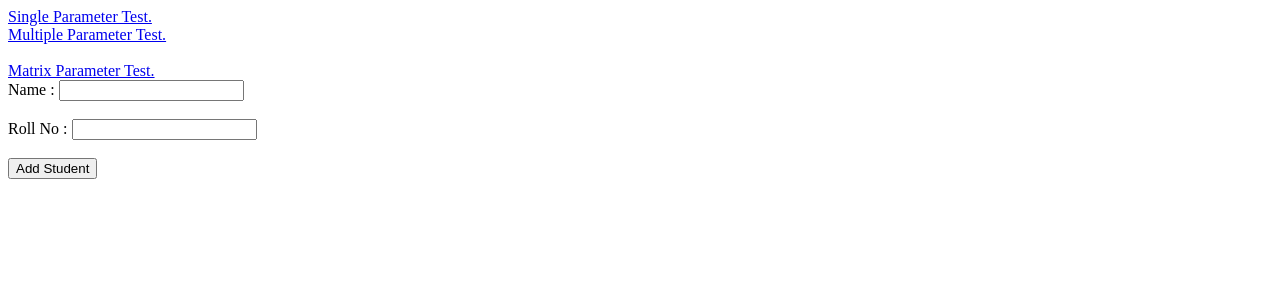
Repository: rpmani/Jersey
Page: http://localhost/RestFullPath/
An editor plug-in stored every save of this project. The page is shown before and after the next save, followed by the edit.
The browser window is 1280 px wide. The pictures show the whole page.
The page is served by Tomcat 9.

Above is the page before, as saved 2018-05-16 07:01:36.

After the next save:
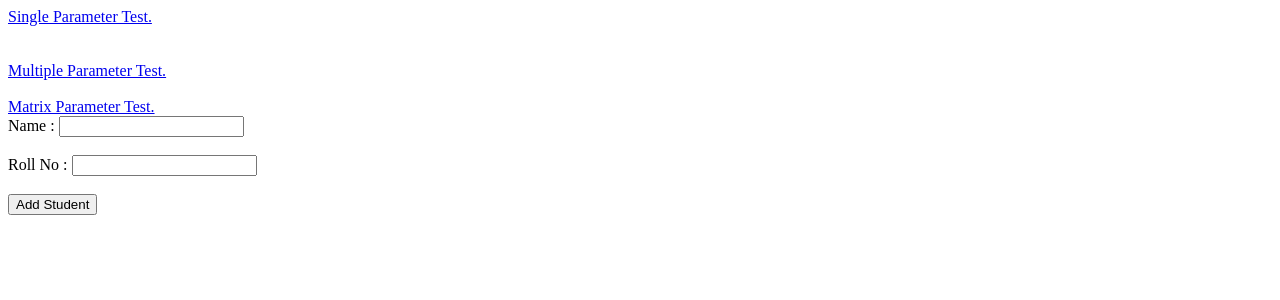
Saved 43 s later.
--- a/RestFullPath/WebContent/index.jsp
+++ b/RestFullPath/WebContent/index.jsp
@@ -9,7 +9,7 @@
 <body>
 <a href="restapi/jaxy/04">Single Parameter Test.
    </a>
-   <br/>
+   <br/><br/><br/>
    <a href="restapi/jaxy/Mani/MSC/04">Multiple Parameter Test.
    </a>
    <br/><br/>
